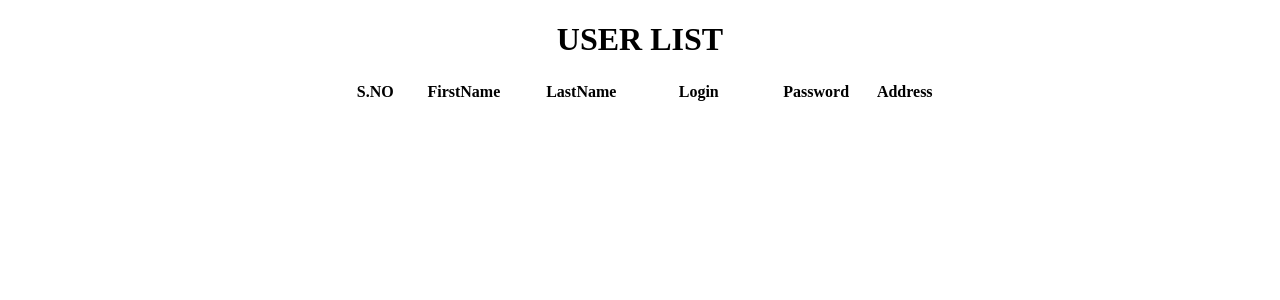
Repository: jatinragh42/Project_3_module
Page: http://localhost/p3/UserListView.jsp
An editor plug-in stored every save of this project. The page is shown before and after the next save, followed by the edit.
The browser window is 1280 px wide. The pictures show the whole page.
The page is served by Tomcat 9.

Above is the page before, as saved 2023-11-29 09:53:56.

After the next save:
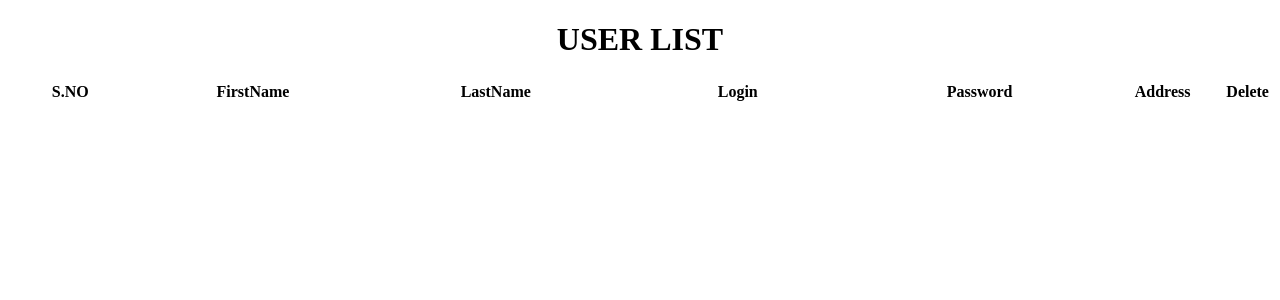
Saved 38 s later.
--- a/Project_3_module_practice/p3/src/main/webapp/UserListView.jsp
+++ b/Project_3_module_practice/p3/src/main/webapp/UserListView.jsp
@@ -20,6 +20,7 @@
 						<th width="20%" class="text">Login</th>
 						<th width="20%" class="text">Password</th>
 						<th width="20%" class="text">Address</th>
+						<th width="20%" class="text">Delete</th>
 					</tr>
 			</table>
 
